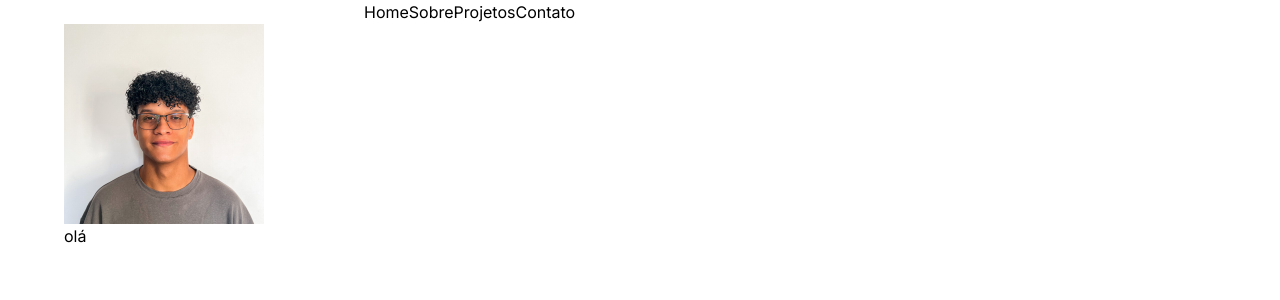
Repository: KennedyWanderson/landing
Page: /
An editor plug-in stored every save of this project. The page is shown before and after the next save, followed by the edit.
The browser window is 1280 px wide. The pictures show the whole page.
The project was rebuilt for these pictures with package versions that can differ from the ones it lists, and the page was loaded fresh each time. The framework's server and built-in components were replaced by stand-ins that run in the browser. Also part of the build but not shown: next.config.js.

Above is the page before, as saved 2024-01-03 15:11:31.

After the next save:
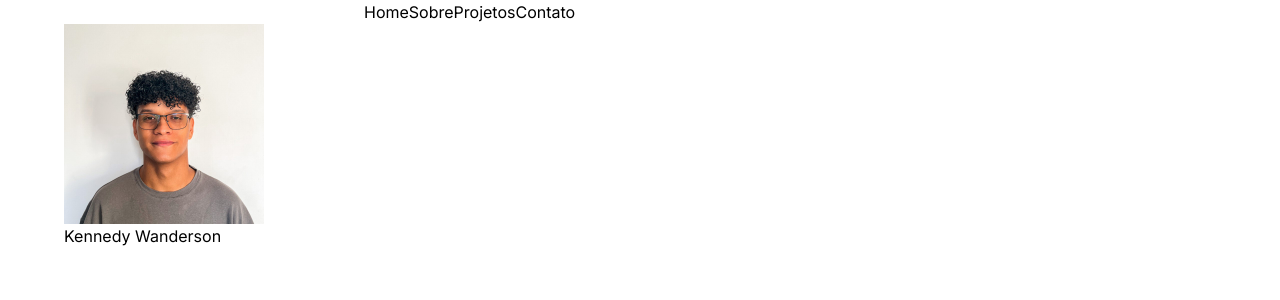
Saved 2 min 25 s later.
--- a/src/Components/Content.tsx
+++ b/src/Components/Content.tsx
@@ -9,7 +9,7 @@ export default function Content(){
             <div className="flex flex-col items-center">
                 <div className="flex items-center space-x-6">
                     <Image className="rounded-full" src="/me.jpeg" alt="" width={200} height={200} />
-                    <span>olá</span>
+                    <span>Kennedy Wanderson </span>
                 </div>
             </div>
 
